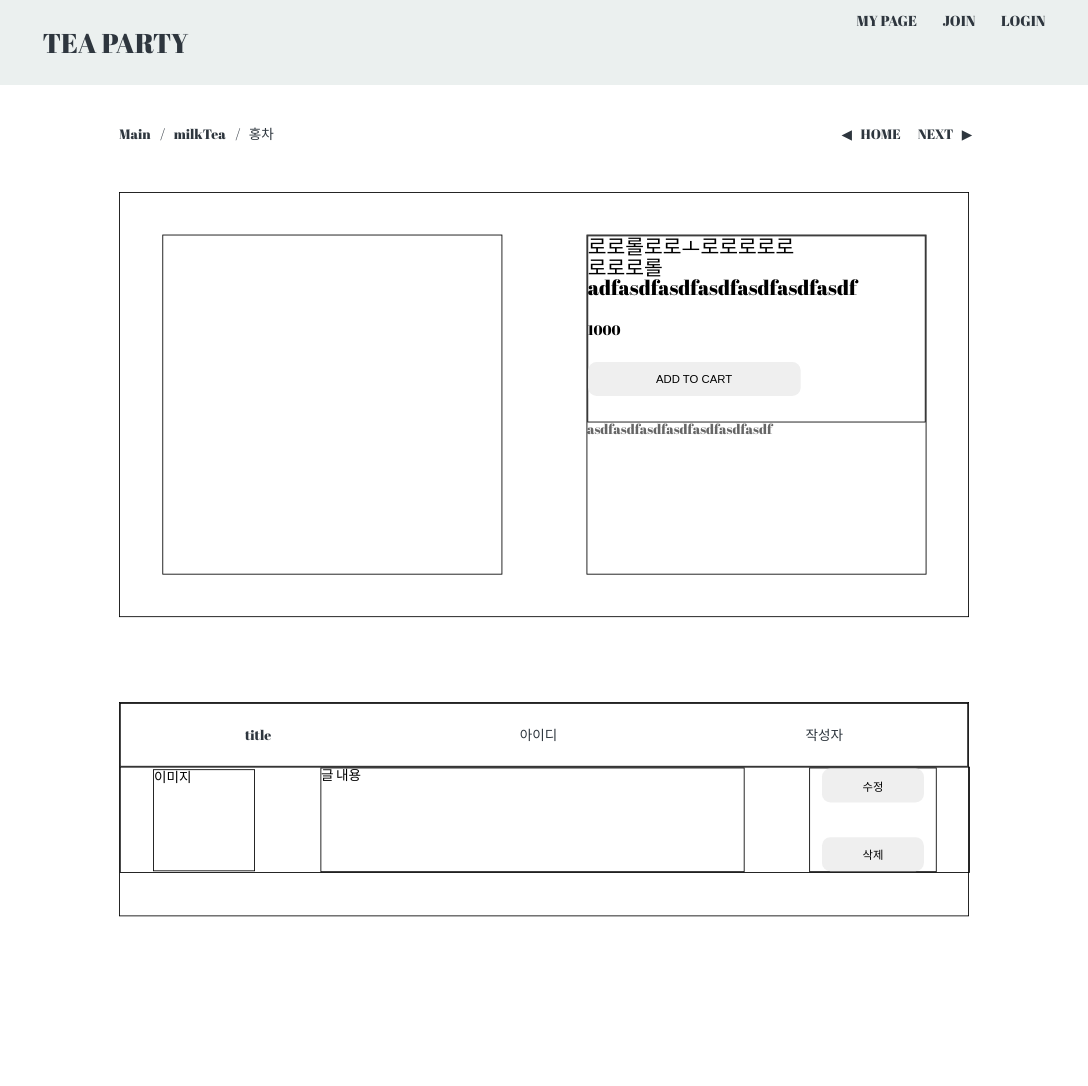
Repository: jjucc99/EZEN_PROJECT
Page: Project_Tea_party_12_31_humm/src/main/webapp/WEB-INF/views/item/goods.html
An editor plug-in stored every save of this project. The page is shown before and after the next save, followed by the edit.
The browser window is 1280 px wide. The pictures show the whole page, at 85% of full size.

Above is the page before, as saved 2021-12-31 09:15:08.

After the next save:
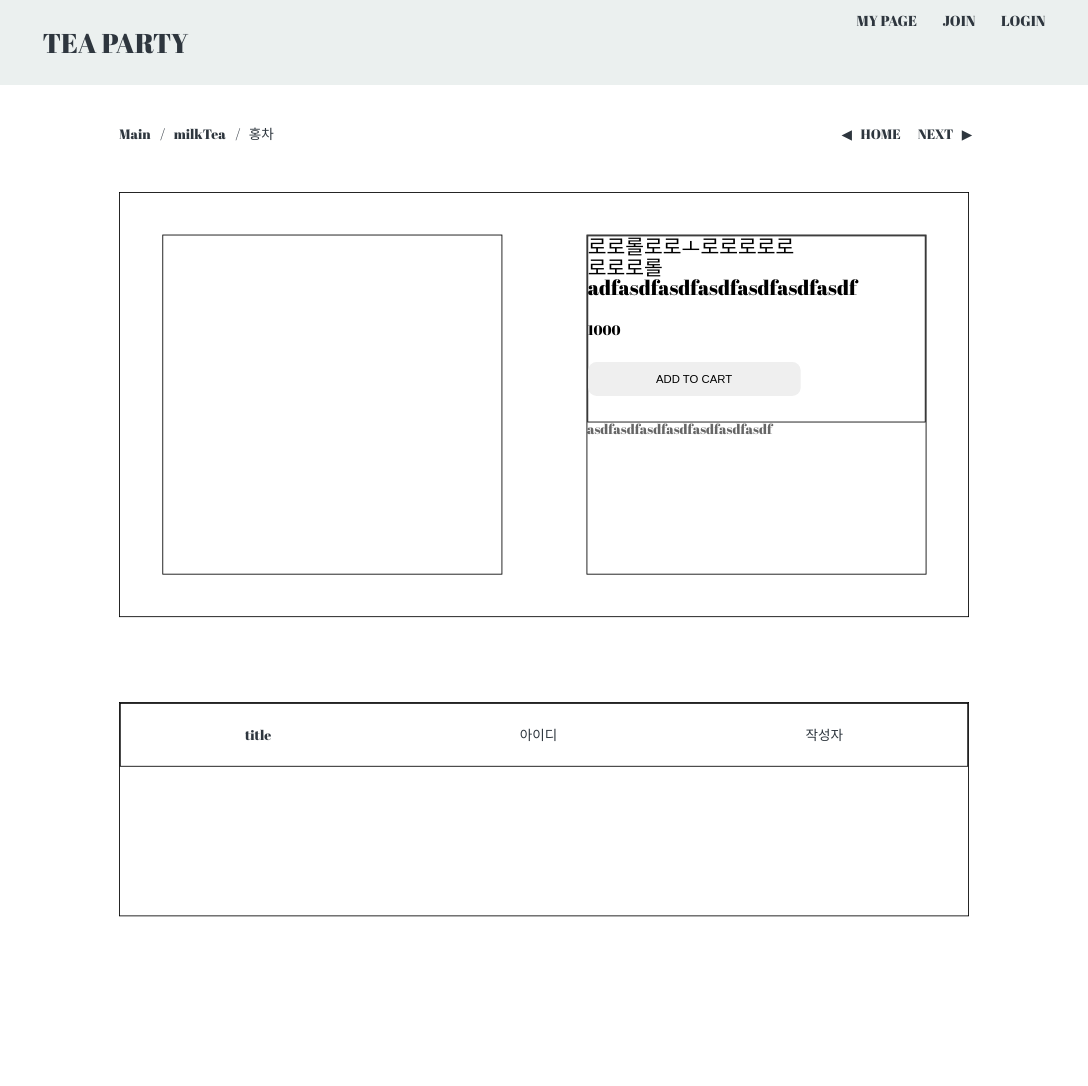
Saved 35 s later.
--- a/Project_Tea_party_12_31_humm/src/main/webapp/resources/css/goods.css
+++ b/Project_Tea_party_12_31_humm/src/main/webapp/resources/css/goods.css
@@ -157,7 +157,7 @@
   width: 1000px;
   height: 125px;
 
-  display: flex, none;
+  display: none;
   justify-content: space-around;
   align-items: center;
   border: 1px solid black;
